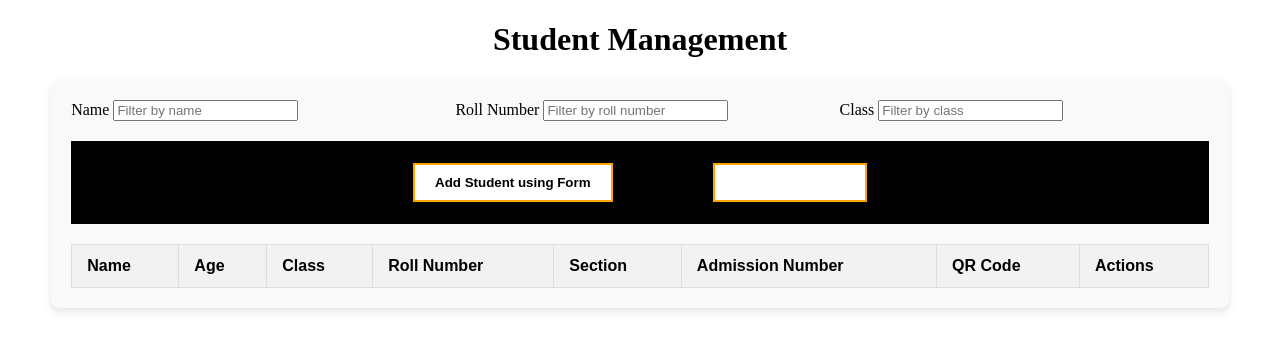
Repository: Hitesh8980/Student_Management
Page: / (app in Front-end/)
These files come from the project's save history. The page is drawn as it stood at one moment and after a run of saves; the edit follows.
The browser window is 1280 px wide. The pictures show the whole page.
The page's requests for data from a server got no answer. The project was rebuilt for these pictures with package versions that can differ from the ones it lists, and the page was loaded fresh each time. No one was signed in, and anything a server would have sent is missing. Also part of the build but not shown: Front-end/vite.config.js, Front-end/src/components/QrcodeGenerator.jsx, Front-end/src/components/StudentForm.jsx, Front-end/src/components/Fileupload.jsx.

Above is the page before, as saved 2024-09-18 17:03:05.

### Front-end/src/App.jsx
import React, { useState, useEffect } from 'react';
import axios from 'axios';
import StudentList from './components/Studentlist';

function App() {
  const [students, setStudents] = useState([]);

  useEffect(() => {
    fetchStudents();
  }, []);

  const fetchStudents = async () => {
    try {
      const response = await axios.get('http://localhost:5000/api/students');
      setStudents(response.data.students);
    } catch (error) {
      console.error('Error fetching students:', error);
    }
  };

  return (
    <div>
      <h1 style={{ textAlign: 'center' }}>Student Management</h1>

      {/* Student List Table */}
      <StudentList students={students} />
    </div>
  );
}

export default App;

### Front-end/src/index.css
/* Container around the table */
.table-container {
  margin: 20px auto;
  width: 90%;
  max-width: 1200px;
  background-color: #f9f9f9;
  padding: 20px;
  box-shadow: 0 4px 8px rgba(0, 0, 0, 0.1);
  border-radius: 8px;
}

/* Table design */
.student-table {
  width: 100%;
  border-collapse: collapse;
  font-family: 'Arial', sans-serif;
}

.student-table thead {
  background-color: #4CAF50;
  color: black;
  text-align: 'center';
}

.student-table th, .student-table td {
  padding: 12px 15px;
  border: 1px solid #ddd;
  text-align: left;
}

/* Alternating row colors */
.student-table tr:nth-child(odd) {
  background-color: #f2f2f2;
}

.student-table tr:nth-child(even) {
  background-color: #ffffff;
}

/* Hover effect for rows */
.student-table tr:hover {
  background-color: #d1e7dd;
}

/* Responsive for small screens */
@media (max-width: 768px) {
  .student-table thead {
    display: none;
  }

  .student-table, .student-table tbody, .student-table tr, .student-table td {
    display: block;
    width: 100%;
  }

  .student-table tr {
    margin-bottom: 15px;
  }

  .student-table td {
    text-align: right;
    padding-left: 50%;
    position: relative;
  }

  .student-table td::before {
    content: attr(data-label);
    position: absolute;
    left: 10px;
    width: 45%;
    padding-right: 10px;
    text-align: left;
    font-weight: bold;
  }
}

### Front-end/src/components/Studentlist.jsx
import React, { useState, useEffect } from "react";
import { Table, Button, Form, Collapse, Row, Col } from "react-bootstrap";
import QRCodeGenerator from "./QrcodeGenerator";
import StudentForm from "./StudentForm";
import FileUpload from "./Fileupload";
import axios from "axios";
import "../index.css";

function StudentList() {
  const [students, setStudents] = useState([]);
  const [filteredStudents, setFilteredStudents] = useState([]);
  const [filters, setFilters] = useState({
    name: "",
    rollNumber: "",
    class: "",
  });

  const [showForm, setShowForm] = useState(false);
  const [showFileUpload, setShowFileUpload] = useState(false);

  useEffect(() => {
    fetchStudents();
  }, []);

  useEffect(() => {
    setFilteredStudents(students);
    applyFilters();
  }, [students, filters]);

  const fetchStudents = async () => {
    try {
      const response = await axios.get("http://localhost:5000/api/students");
      const studentData = Array.isArray(response.data.students)
        ? response.data.students
        : [];
      setStudents(studentData);
      setFilteredStudents(studentData);
    } catch (error) {
      console.error("Error fetching students:", error);
    }
  };

  const handleFilterChange = (e) => {
    const { name, value } = e.target;
    setFilters((prev) => ({ ...prev, [name]: value }));
  };

  const applyFilters = () => {
    if (!Array.isArray(students)) return;

    const { name, rollNumber, class: studentClass } = filters;

    const filtered = students.filter((student) => {
      return (
        (name === "" ||
          student.name?.toLowerCase().includes(name.toLowerCase())) &&
        (rollNumber === "" ||
          student.rollNumber
            ?.toLowerCase()
            .includes(rollNumber.toLowerCase())) &&
        (studentClass === "" ||
          student.class?.toLowerCase().includes(studentClass.toLowerCase()))
      );
    });

    setFilteredStudents(filtered);
  };

  const handleDelete = async (id) => {
    try {
      await axios.delete(`http://localhost:5000/api/students/${id}`);
      fetchStudents();
    } catch (error) {
      console.error("Error deleting student:", error);
    }
  };

  const toggleForm = () => setShowForm((prev) => !prev);
  const toggleFileUpload = () => setShowFileUpload((prev) => !prev);

  return (
    <div className="table-container">
      {/* Filter Form */}
      <Form className="filter-form" style={{ display: 'flex', flexWrap: 'wrap', gap: '15px', justifyContent: 'space-between' }}>
  <Form.Group controlId="filterName" style={{ flex: '1 1 30%' }}>
    <Form.Label>Name  </Form.Label>
    <Form.Control
      type="text"
      placeholder="Filter by name"
      name="name"
      value={filters.name}
      onChange={handleFilterChange}
    />
  </Form.Group>

  <Form.Group controlId="filterRollNumber" style={{ flex: '1 1 30%' }}>
    <Form.Label>Roll Number  </Form.Label>
    <Form.Control
      type="text"
      placeholder="Filter by roll number"
      name="rollNumber"
      value={filters.rollNumber}
      onChange={handleFilterChange}
    />
  </Form.Group>

  <Form.Group controlId="filterClass" style={{ flex: '1 1 30%' }}>
    <Form.Label>Class </Form.Label>
    <Form.Control
      type="text"
      placeholder="Filter by class"
      name="class"
      value={filters.class}
      onChange={handleFilterChange}
    />
  </Form.Group>
</Form>

      {/* Buttons to toggle forms */}
      <div
  className="button-group"
  style={{
    margin: "20px 0",
    padding: "20px",
    border: "2px solid black",
    backgroundColor: "black",
    display: "flex",
    justifyContent: "center", // Center the buttons
    gap: "100px", // Add space between buttons
  }}
>
  <Button
    variant="primary"
    onClick={toggleForm}
    style={{
      backgroundColor: "white",
      border: "2px solid orange", // Orange border
      color: "black",
      padding: "10px 20px", // Increase size
      fontWeight: "bold", // Make text bold
      transition: "all 0.3s ease", // Smooth transition on hover
    }}
  >
    Add Student using Form
  </Button>
  <Button
    variant="secondary"
    onClick={toggleFileUpload}
    style={{
      backgroundColor: "white",
      border: "2px solid orange", // Orange border
      color: "#fff",
      padding: "10px 20px", // Increase size
      fontWeight: "bold",
      transition: "all 0.3s ease",
    }}
  >
    Upload Excel File
  </Button>
</div>

      {/* Conditionally rendering the Student Form */}
      {showForm && (
        <Collapse in={showForm}>
          <div>
            <StudentForm fetchStudents={fetchStudents} />
          </div>
        </Collapse>
      )}

      {/* Conditionally rendering the File Upload Form */}
      {showFileUpload && (
        <Collapse in={showFileUpload}>
          <div>
            <FileUpload fetchStudents={fetchStudents} />
          </div>
        </Collapse>
      )}

      {/* Student Table */}
      <Table striped bordered hover responsive className="student-table">
        <thead>
          <tr>
            <th>Name</th>
            <th>Age</th>
            <th>Class</th>
            <th>Roll Number</th>
            <th>Section</th>
            <th>Admission Number</th>
            <th>QR Code</th>
            <th>Actions</th>
          </tr>
        </thead>
        <tbody>
          {filteredStudents.map((student) => (
            <tr key={student.admissionNumber}>
              <td>{student.name}</td>
              <td>{student.age}</td>
              <td>{student.class}</td>
              <td>{student.rollNumber}</td>
              <td>{student.section}</td>
              <td>{student.admissionNumber}</td>
              <td>
                <QRCodeGenerator value={student.admissionNumber} />
              </td>
              <td>
                <Button
                  variant="danger"
                  onClick={() => handleDelete(student.admissionNumber)}
                >
                  Delete
                </Button>
              </td>
            </tr>
          ))}
        </tbody>
      </Table>
    </div>
  );
}

export default StudentList;

Loaded but not shown: Front-end/index.html (common file); Front-end/src/main.jsx (common file)

After the next 3 saves:
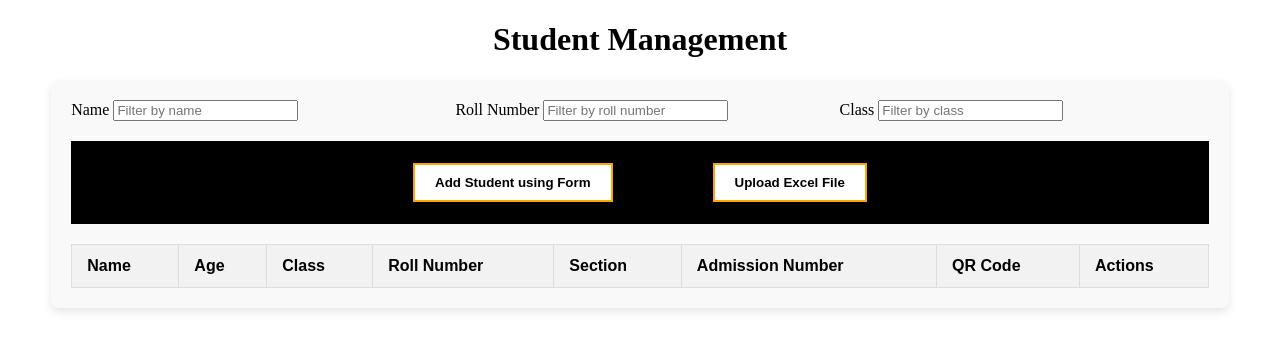
The 3 saves are shown as one change because they came seconds apart.
The last was saved 10 s later.
--- a/Front-end/src/components/Studentlist.jsx
+++ b/Front-end/src/components/Studentlist.jsx
@@ -149,7 +149,7 @@ function StudentList() {
     style={{
       backgroundColor: "white",
       border: "2px solid orange", // Orange border
-      color: "#fff",
+      color: "black",
       padding: "10px 20px", // Increase size
       fontWeight: "bold",
       transition: "all 0.3s ease",
